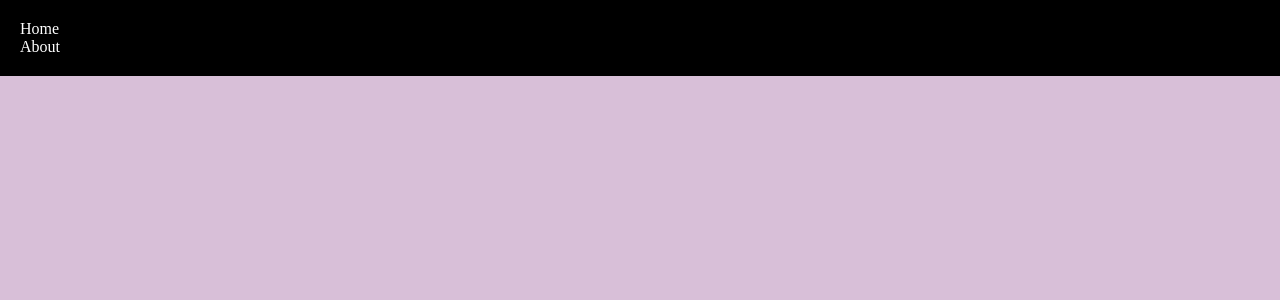
Repository: AytacSafarova/Task-12
Page: index.html
An editor plug-in stored every save of this project. The page is shown before and after a run of saves, followed by the edit.
The browser window is 1280 px wide. The pictures show the whole page.

Above is the page before, as saved 2023-08-16 16:16:15.

After the next 2 saves:
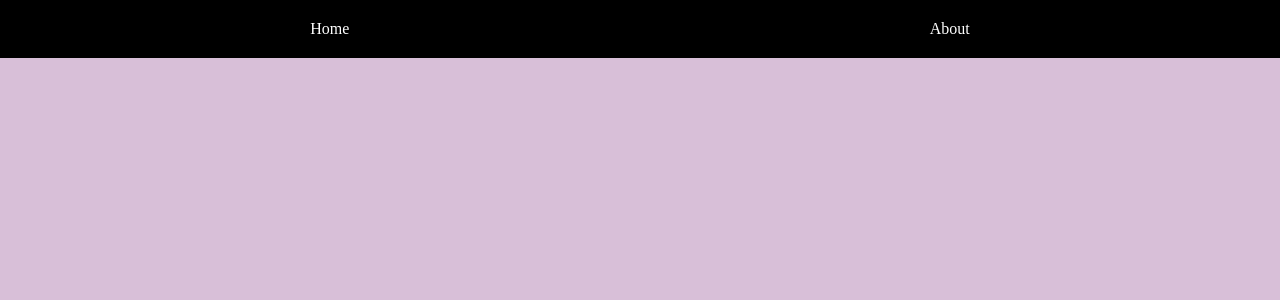
The 2 saves are shown as one change because they came seconds apart.
The last was saved 11 s later.
--- a/index.css
+++ b/index.css
@@ -48,6 +48,10 @@ nav{
     background-color: black;
 
 }
+ul{
+    display: flex;
+    justify-content: space-around;
+}
 li{
     list-style-type: none;
     color: white;
